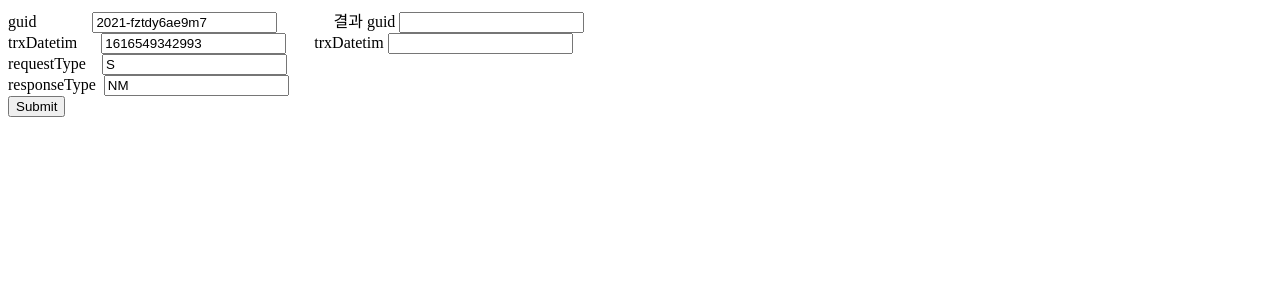
Repository: kchan75/kakaobank
Page: inserver/src/main/resources/static/index.html
These files come from the project's save history. The page is drawn as it stood at one moment and after the next save; the edit follows.
The browser window is 1280 px wide. The pictures show the whole page.

Above is the page before, as saved 2021-03-24 03:17:51.

After the next save:
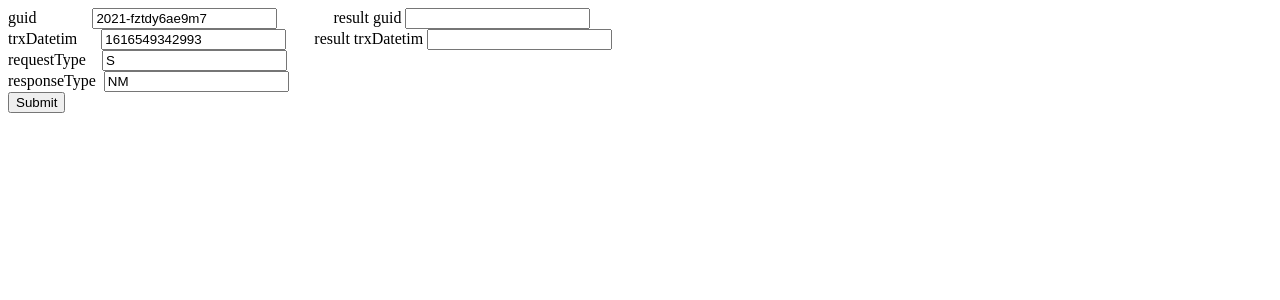
Saved 13 s later.
--- a/inserver/src/main/resources/static/index.html
+++ b/inserver/src/main/resources/static/index.html
@@ -13,10 +13,10 @@
 <body >
 	<form id="formElem">
 		<label> guid&nbsp; &nbsp; &nbsp; &nbsp; &nbsp;&nbsp; &nbsp;&nbsp; </label><input type="text" name="guid" id="guid" value="2021-fztdy6ae9m7">
-		<label> &nbsp; &nbsp; &nbsp; &nbsp; &nbsp;&nbsp; &nbsp;&nbsp;결과 guid </label><input type="text" name="resguid" id="resguid" value="">
+		<label> &nbsp; &nbsp; &nbsp; &nbsp; &nbsp;&nbsp; &nbsp;&nbsp;result guid </label><input type="text" name="resguid" id="resguid" value="">
 		<br/>
 		<label> trxDatetim &nbsp; &nbsp;&nbsp; </label> <input type="text" name="trxDatetim" id="trxDatetim" value="1616549342993">
-		<label>  &nbsp; &nbsp;&nbsp;&nbsp;&nbsp;trxDatetim </label> <input type="text" name="restrxDatetim" id="restrxDatetim" value="">
+		<label>  &nbsp; &nbsp;&nbsp;&nbsp;&nbsp;result trxDatetim </label> <input type="text" name="restrxDatetim" id="restrxDatetim" value="">
 		<br/>
 		<label> requestType&nbsp; &nbsp; </label> <input type="text" name="requestType" value="S"> <br/>
 		<label> responseType&nbsp;  </label> <input type="text" name="responseType" value="NM"> <br/>
